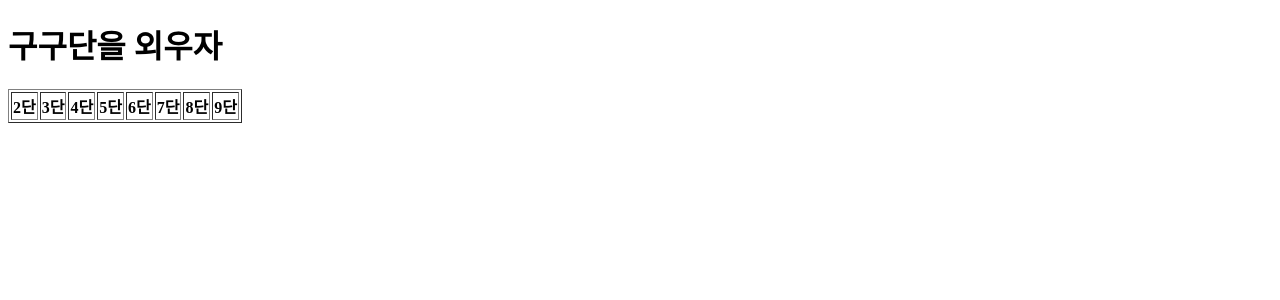
Repository: tmznf963/SIST-E-JSP
Page: http://localhost/1029/gugudan.jsp
These files come from the project's save history. The page is drawn as it stood at one moment and after the next save; the edit follows.
The browser window is 1280 px wide. The pictures show the whole page.
The page is served by Tomcat 9. Other server files are loaded and not shown.

Above is the page before, as saved 2018-10-29 03:36:54.

### 1029/WebContent/gugudan.jsp
<%@ page language="java" contentType="text/html; charset=UTF-8"
	pageEncoding="UTF-8"%>
<!DOCTYPE html>
<html>
<head>
<meta charset="UTF-8">
<title>뀨단</title>
</head>
<body>
<h1>구구단을 외우자</h1>
<table border="1">
	<thead>
	<tr>
	<%for(int i=2;i<10 ; i++){ %>
		<th><%=i %>단</th>
	<%} %>
	</tr>
	</thead>
	<tbody>
	</tbody>
</table>
</body>
</html>

After the next save:
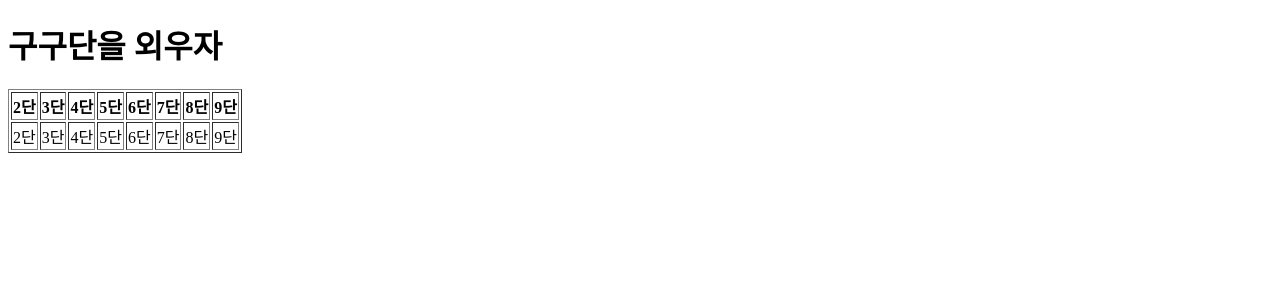
Saved 81 s later.
--- a/1029/WebContent/gugudan.jsp
+++ b/1029/WebContent/gugudan.jsp
@@ -17,6 +17,11 @@
 	</tr>
 	</thead>
 	<tbody>
+	<tr>
+	<%for(int i=2;i<10 ; i++){ %>
+		<td><%=i %>단</td>
+	<%} %>
+	</tr>
 	</tbody>
 </table>
 </body>
